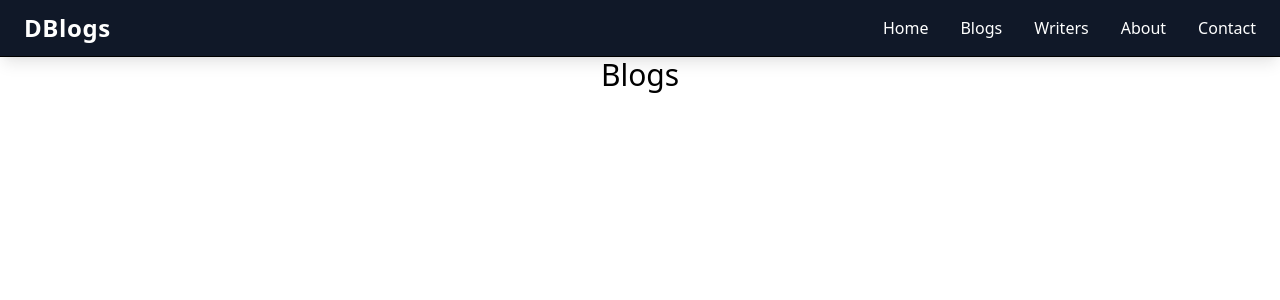
Repository: Devanshk9/DBlogs
Page: /blogs (app in client/)
These files come from the project's save history. The page is drawn as it stood at one moment and after the next save; the edit follows.
The browser window is 1280 px wide. The pictures show the whole page.
The page's requests for data from a server got no answer. The project was rebuilt for these pictures with package versions that can differ from the ones it lists, and the page was loaded fresh each time. No one was signed in, and anything a server would have sent is missing. Also part of the build but not shown: client/vite.config.js, client/src/pages/Writers.jsx.

Above is the page before, as saved 2025-08-31 21:12:10.

### client/src/App.jsx
import React from 'react'
import {
  createBrowserRouter,
  createRoutesFromElements,
  Route,
  RouterProvider,
} from "react-router-dom";
import Blogs from "./pages/Blogs"
import Writers from "./pages/Writers"
import Root from "./pages/Root"

const router = createBrowserRouter(
  createRoutesFromElements(
    <Route path="/" element={<Root />}>
      <Route path="blogs" element={<Blogs />} />
      <Route path="writers" element={<Writers />} />
    </Route>
  )
);

const App = () => {
  return (
    <React.StrictMode>
    <RouterProvider router={router} />
    </React.StrictMode>
  )
}

export default App

### client/src/pages/Blogs.jsx
import { useEffect, useState } from "react";

function Blogs() {
  const [blogs, setBlogs] = useState([]);

  useEffect(() => {
    fetch("http://localhost:5001/blogs") // backend
      .then(res => res.json())
      .then(data => setBlogs(data))
      .catch(err => console.error(err));
  }, []);

  return (
    <div className="flex flex-col items-center">
      <h1 className="text-3xl ">Blogs</h1>
      {blogs.map(b => (
        <div key={b.blog_id}>
          <h2>{b.title}</h2>
          <p>{b.content}</p>
          <small>By {b.username}</small>
        </div>
      ))}
    </div>
  );
}

export default Blogs;

### client/src/pages/Root.jsx
import { Outlet, Link } from "react-router-dom";
import Navbar from '../components/Navbar';

function Root() {
  return (
    <div>
      {/* <nav>
        <Link to="/blogs">Blogs</Link> |{" "}
        <Link to="/writers">Writers</Link>
      </nav> */}
      <Navbar/>
      <hr />
      <Outlet />
    </div>
  );
}

export default Root;

### client/src/components/Navbar.jsx
import React, { useState } from "react";
import { Link } from "react-router-dom";
import { Menu, X } from "lucide-react"; // icons

const Navbar = () => {
  const [isOpen, setIsOpen] = useState(false);

  return (
    <nav className="bg-gray-900 text-white shadow-lg">
      <div className="container mx-auto px-6 py-3 flex justify-between items-center">
        {/* Logo */}
        <h1 className="text-2xl font-bold tracking-wide cursor-pointer">
          DBlogs
        </h1>

        {/* Desktop Menu */}
        <ul className="hidden md:flex space-x-8 font-medium">
          <li>
            <Link
              to="/"
              className="hover:text-yellow-400 transition-colors duration-200"
            >
              Home
            </Link>
          </li>
          <li>
            <Link
              to="/blogs"
              className="hover:text-yellow-400 transition-colors duration-200"
            >
              Blogs
            </Link>
          </li>
          <li>
            <Link
              to="/writers"
              className="hover:text-yellow-400 transition-colors duration-200"
            >
              Writers
            </Link>
          </li>
          <li>
            <Link
              to="/about"
              className="hover:text-yellow-400 transition-colors duration-200"
            >
              About
            </Link>
          </li>
          <li>
            <Link
              to="/contact"
              className="hover:text-yellow-400 transition-colors duration-200"
            >
              Contact
            </Link>
          </li>
        </ul>

        {/* Mobile Menu Button */}
        <button
          onClick={() => setIsOpen(!isOpen)}
          className="md:hidden focus:outline-none"
        >
          {isOpen ? <X size={28} /> : <Menu size={28} />}
        </button>
      </div>

      {/* Mobile Dropdown */}
      {isOpen && (
        <div className="md:hidden bg-gray-800">
          <ul className="flex flex-col items-center space-y-4 py-4 font-medium">
            <li>
              <Link
                to="/"
                className="hover:text-yellow-400 transition-colors duration-200"
                onClick={() => setIsOpen(false)}
              >
                Home
              </Link>
            </li>
            <li>
              <Link
                to="/blogs"
                className="hover:text-yellow-400 transition-colors duration-200"
                onClick={() => setIsOpen(false)}
              >
                Blogs
              </Link>
            </li>
            <li>
              <Link
                to="/writers"
                className="hover:text-yellow-400 transition-colors duration-200"
                onClick={() => setIsOpen(false)}
              >
                Writers
              </Link>
            </li>
            <li>
              <Link
                to="/about"
                className="hover:text-yellow-400 transition-colors duration-200"
                onClick={() => setIsOpen(false)}
              >
                About
              </Link>
            </li>
            <li>
              <Link
                to="/contact"
                className="hover:text-yellow-400 transition-colors duration-200"
                onClick={() => setIsOpen(false)}
              >
                Contact
              </Link>
            </li>
          </ul>
        </div>
      )}
    </nav>
  );
};

export default Navbar;

Loaded but not shown: client/index.html (common file); client/src/main.jsx (common file); client/src/index.css (common file)

After the next save:
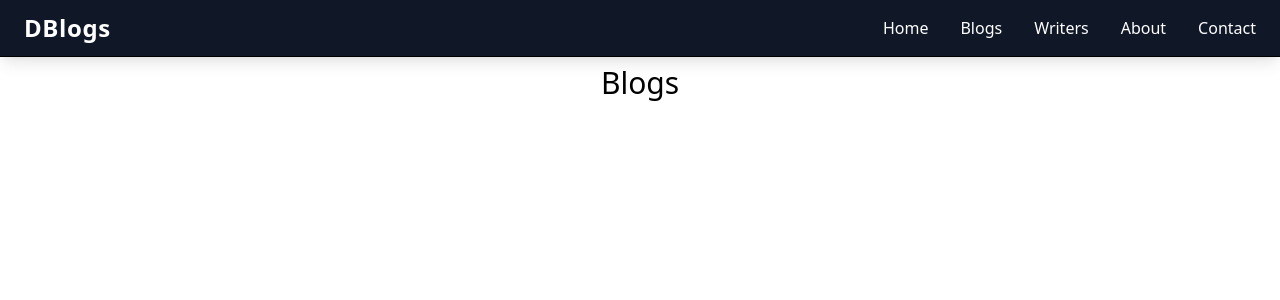
Saved 10 s later.
--- a/client/src/pages/Blogs.jsx
+++ b/client/src/pages/Blogs.jsx
@@ -12,7 +12,7 @@
 
   return (
     <div className="flex flex-col items-center">
-      <h1 className="text-3xl ">Blogs</h1>
+      <h1 className="text-3xl mt-2">Blogs</h1>
       {blogs.map(b => (
         <div key={b.blog_id}>
           <h2>{b.title}</h2>
